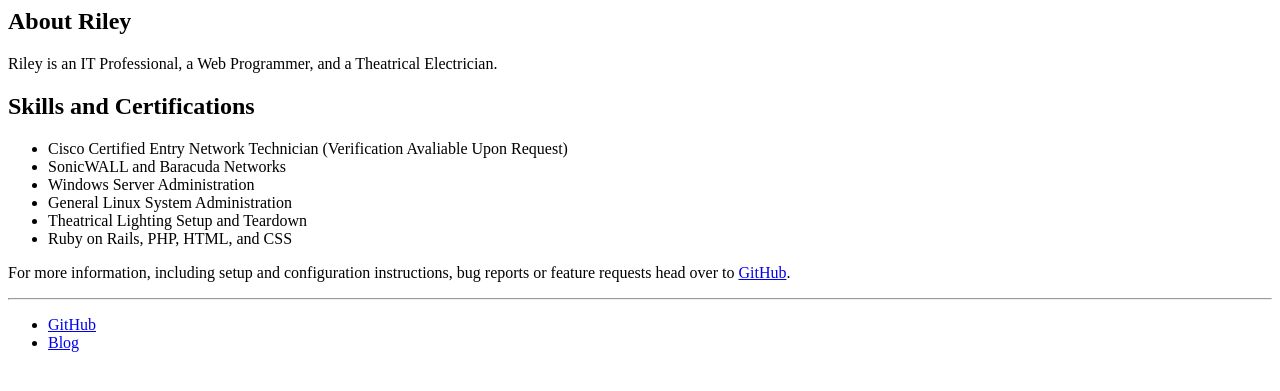
Repository: RowdyChildren/RowdyChildren.github.io
Page: _includes/content.html
The author's editor kept a record of every edit. The page is drawn from the files as they stood at one moment, then again after the next edit.
The browser window is 1280 px wide. The pictures show the whole page.

Above is the page before.

### _includes/content.html
<h2>About Riley</h2>
<p>Riley is an IT Professional, a Web Programmer, and a Theatrical Electrician.  </p>

<h2>Skills and Certifications</h2>
<ul>
  <li>Cisco Certified Entry Network Technician (Verification Avaliable Upon Request)</li>
  <li>SonicWALL and Baracuda Networks</li>
  <li>Windows Server Administration</li>
  <li>General Linux System Administration</li>
  <li>Theatrical Lighting Setup and Teardown</li>
  <li>Ruby on Rails, PHP, HTML, and CSS</li>
</ul>

<p>For more information, including setup and configuration instructions, bug reports or feature requests head over to <a href="https://github.com/excentris/compass">GitHub</a>.</p>

<hr />

<ul class="fa-ul main-list">
  <li class="main-list-item">
    <span class="fa fa-github fa-lg main-list-item-icon"></span>
    <a href="https://github.com/rowdychildren">GitHub</a>
  </li>
  <li class="main-list-item">
    <span class="fa fa-user fa-lg main-list-item-icon"></span>
    <a href="http://blog.rileychilds.me">Blog</a>
  </li>
</ul>

After the next edit:
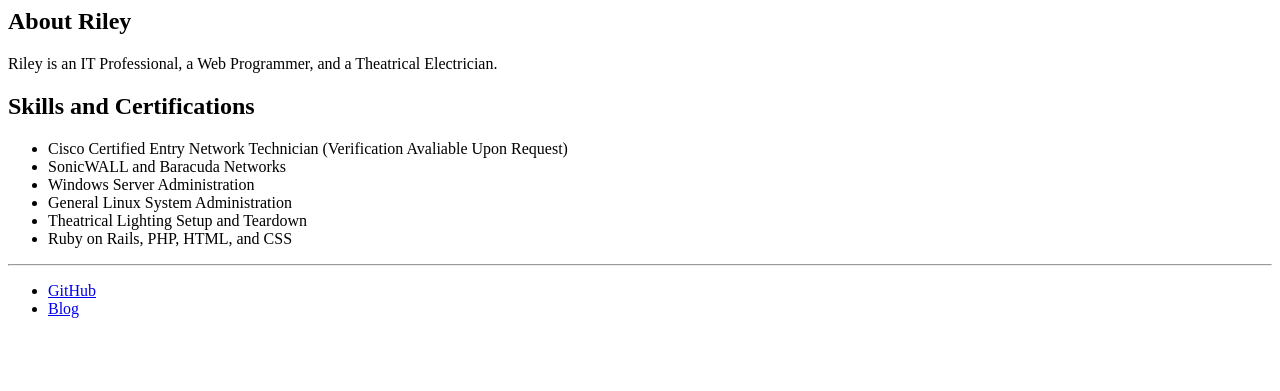
The edit:
--- a/_includes/content.html
+++ b/_includes/content.html
@@ -11,8 +11,6 @@
   <li>Ruby on Rails, PHP, HTML, and CSS</li>
 </ul>
 
-<p>For more information, including setup and configuration instructions, bug reports or feature requests head over to <a href="https://github.com/excentris/compass">GitHub</a>.</p>
-
 <hr />
 
 <ul class="fa-ul main-list">
